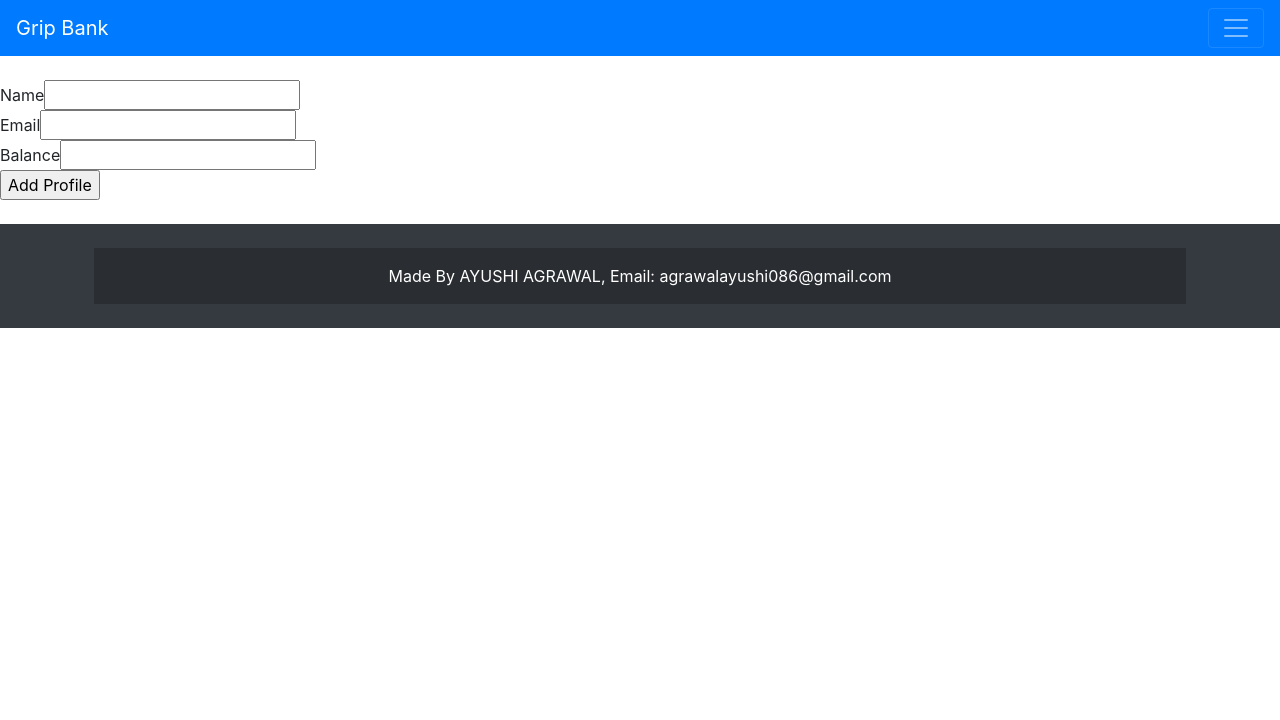
Repository: ayushiagrawal083/BasicBankingSystem
Page: Bank/WebContent/newuser.html
An editor plug-in stored every save of this project. The page is shown before and after the next save, followed by the edit.
The browser window is 1280 px wide. The pictures show the whole page.

Above is the page before, as saved 2022-10-21 10:59:48.
Console error: TypeError: Cannot read properties of undefined (reading 'fn')

### Bank/WebContent/newuser.html
<!DOCTYPE html>
<html>
<head>
	<meta http-equiv="Content-type" content="text/html" charset="utf-8"/>
	<link rel="stylesheet" href="https://stackpath.bootstrapcdn.com/bootstrap/4.3.1/css/bootstrap.min.css" integrity="sha384-ggOyR0iXCbMQv3Xipma34MD+dH/1fQ784/j6cY/iJTQUOhcWr7x9JvoRxT2MZw1T" crossorigin="anonymous">
<script src="https://stackpath.bootstrapcdn.com/bootstrap/4.3.1/js/bootstrap.min.js" integrity="sha384-JjSmVgyd0p3pXB1rRibZUAYoIIy6OrQ6VrjIEaFf/nJGzIxFDsf4x0xIM+B07jRM" crossorigin="anonymous"></script>
	<title>Welcome To Bank</title>
</head>
<body>

<nav class="navbar navbar-dark bg-primary">
  <a class="navbar-brand" href="index.html">Grip Bank</a>
  <button class="navbar-toggler" type="button" data-toggle="collapse" data-target="#navbarSupportedContent" aria-controls="navbarSupportedContent" aria-expanded="false" aria-label="Toggle navigation">
    <span class="navbar-toggler-icon"></span>
  </button>

  <div class="collapse navbar-collapse" id="navbarSupportedContent">
    <ul class="navbar-nav mr-auto">
      <li class="nav-item">
        <a class="nav-link" href="index.html">Home</a>
      </li>
       <li class="nav-item">
        <a class="nav-link" href="allUsers.jsp">View All Customers</a>
      </li>
       <li class="nav-item">
        <a class="nav-link" href="transactiontable.jsp">Transaction History</a>
      </li>
      <li class="nav-item">
        <a class="nav-link" href="sendmoney.html">Send Money</a>
      </li>
       <li class="nav-item">
        <a class="nav-link" href="newuser.html">New User</a>
      </li>

  </div>
</nav>
<br />
<form action="userSignup.jsp" method="post">
Name<input type="text" name="name" /><br />
Email<input type="email" name="email" /><br/>
Balance<input type="number" name="bal"/><br/>
<input type="submit" value="Add Profile"/>
</form><br />
<footer class="bg-dark text-center text-white footer">

  <div class="container p-4 pb-0">
   <div class="text-center p-3" style="background-color: rgba(0, 0, 0, 0.2);"> Made By AYUSHI AGRAWAL,  Email: agrawalayushi086@gmail.com

  </div>

</footer>
<script src="https://code.jquery.com/jquery-3.3.1.slim.min.js" integrity="sha384-q8i/X+965DzO0rT7abK41JStQIAqVgRVzpbzo5smXKp4YfRvH+8abtTE1Pi6jizo" crossorigin="anonymous"></script>
<script src="https://cdnjs.cloudflare.com/ajax/libs/popper.js/1.14.7/umd/popper.min.js" integrity="sha384-UO2eT0CpHqdSJQ6hJty5KVphtPhzWj9WO1clHTMGa3JDZwrnQq4sF86dIHNDz0W1" crossorigin="anonymous"></script>
<script src="https://stackpath.bootstrapcdn.com/bootstrap/4.3.1/js/bootstrap.min.js" integrity="sha384-JjSmVgyd0p3pXB1rRibZUAYoIIy6OrQ6VrjIEaFf/nJGzIxFDsf4x0xIM+B07jRM" crossorigin="anonymous"></script>
</body>
</html>

### Bank/WebContent/style.css

.footer {
  position: fixed;
  left: 0;
  bottom: 0;
  width: 100%;
  text-align: center;
}

After the next save:
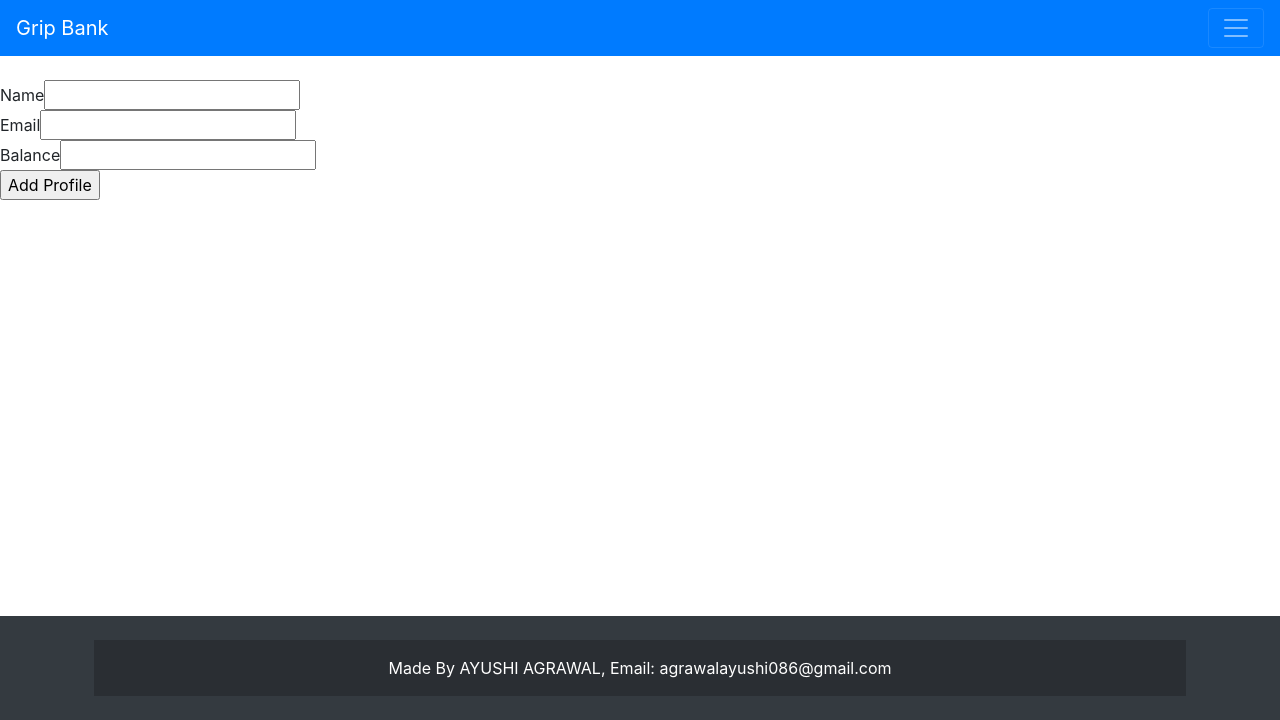
Saved 36 s later.
--- a/Bank/WebContent/newuser.html
+++ b/Bank/WebContent/newuser.html
@@ -3,6 +3,7 @@
 <head>
 	<meta http-equiv="Content-type" content="text/html" charset="utf-8"/>
 	<link rel="stylesheet" href="https://stackpath.bootstrapcdn.com/bootstrap/4.3.1/css/bootstrap.min.css" integrity="sha384-ggOyR0iXCbMQv3Xipma34MD+dH/1fQ784/j6cY/iJTQUOhcWr7x9JvoRxT2MZw1T" crossorigin="anonymous">
+<link rel="stylesheet"  href="style.css" type="text/css" media="screen"/>
 <script src="https://stackpath.bootstrapcdn.com/bootstrap/4.3.1/js/bootstrap.min.js" integrity="sha384-JjSmVgyd0p3pXB1rRibZUAYoIIy6OrQ6VrjIEaFf/nJGzIxFDsf4x0xIM+B07jRM" crossorigin="anonymous"></script>
 	<title>Welcome To Bank</title>
 </head>
